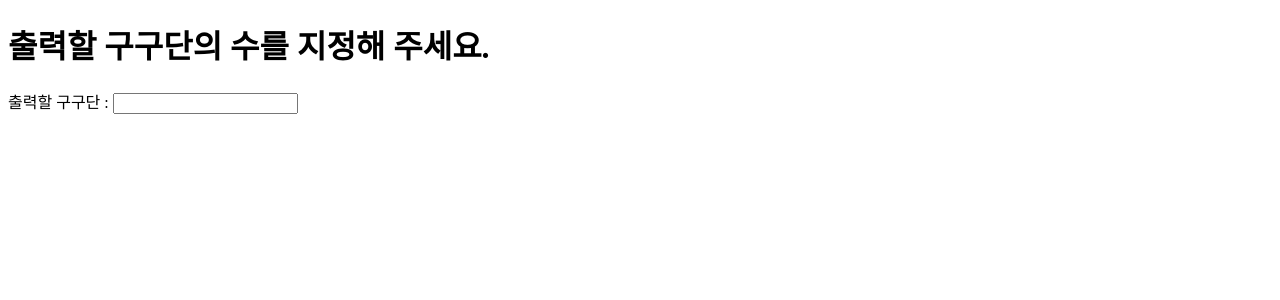
Repository: MyeongHyeonYoo/jsp_data
Page: pro06/src/main/webapp/test01/gugu.html
The author's editor kept a copy of each file at every save. The page is drawn from the files as they stood at one save, then again after the next save.
The browser window is 1280 px wide. The pictures show the whole page.

Above is the page before, as saved 2022-12-06 05:49:42.

After the next save:
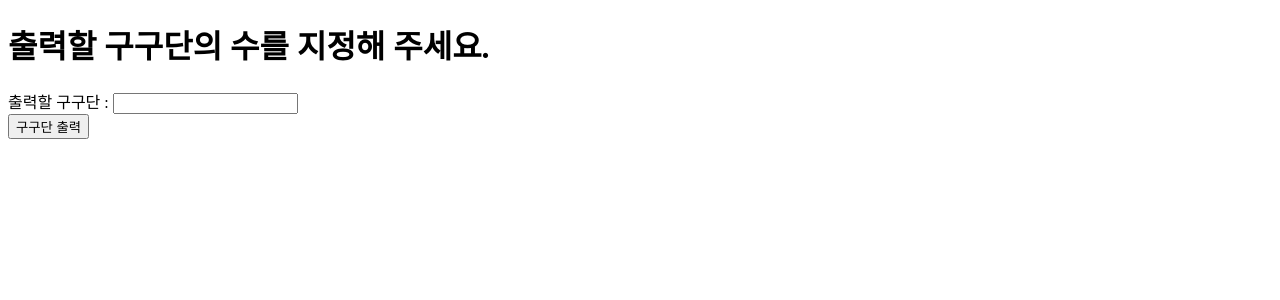
Saved 17 s later.
--- a/pro06/src/main/webapp/test01/gugu.html
+++ b/pro06/src/main/webapp/test01/gugu.html
@@ -8,7 +8,7 @@
 		<h1>출력할 구구단의 수를 지정해 주세요.</h1>
 		<form action="/pro06/guguTest" method="get">
 			출력할 구구단 : <input type="text" name="dan"><br>
-
+			<input type="submit" value="구구단 출력">
 
 		</form>
 	</body>
